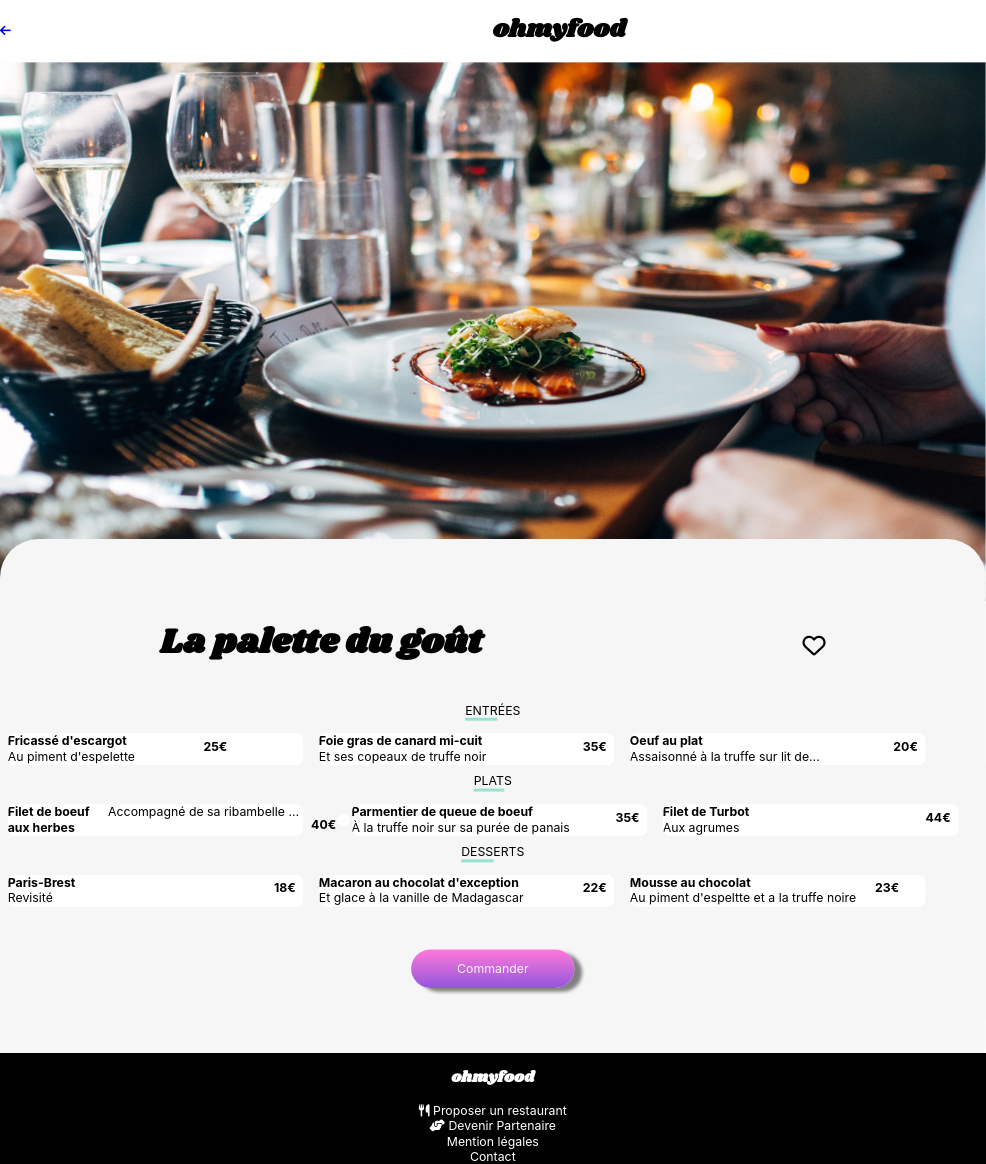
Repository: yacinebouk/ohmyfood
Page: palette.html
The author's editor kept a copy of each file at every save. The page is drawn from the files as they stood at one save, then again after the next save.
The browser window is 1280 px wide. The pictures show the whole page, at 77% of full size.
Some web libraries are served in a nearby version. The style sheet was rebuilt from its Sass, Less or Tailwind sources for each picture, by a compiler version that may differ from the author's.

Above is the page before, as saved 2022-06-28 13:24:43.

### palette.html
<!DOCTYPE html>
<html lang="fr">

<head>
    <script src="https://kit.fontawesome.com/225bbe1e2d.js" crossorigin="anonymous"></script>
    <meta charset="utf-8" />
    <title>ohmyfood</title>
    <link rel="stylesheet" href="style/francaise.css" />
    <meta name="viewport" content="width=device-width, initial-scale=1">

</head>

<body>
    <main>
        <header>
            <div class="tittle-head">
                <div class="logo-tittle"><a href="./index.html"><i class="fa-solid fa-arrow-left"></i></a></div>
                <h1 class="tittle">ohmyfood</h1>
            </div>
            <div class="img-restaurant"><img src="./images/restaurants/jay-wennington-N_Y88TWmGwA-unsplash.jpg" width="100%" height="100%" class="logo" alt="francaise"></div>
        </header>
        <section class="food">
            <div class="french-tittle">
                <h2><b>La palette du goût</b> </h2>
                <div class="logo-heart"><i class="fa-regular fa-heart"></i></div>
            </div>
            <div class="starter">
                <div class="tittle"><span>ENTR</span>ÉES</div>
                <div class="block">
                    <div class="border">
                        <div class="text">
                            <div class="major"><b>Fricassé d'escargot</b></div>
                            <div class="flavors">Au piment d'espelette</div>
                        </div>
                        <div class="block-price">
                            <div class="price"><b>25€</b></div>
                        </div>
                        <div class="icon-slide"><i class="fa-solid fa-circle-check"></i></div>
                    </div>
                    <div class="border">
                        <div class="text">
                            <div class="major"><b>Foie gras de canard mi-cuit</b></div>
                            <div class="flavors">Et ses copeaux de truffe noir</div>
                        </div>
                        <div class="block-price">
                            <div class="price"><b>35€</b></div>
                            <div class="icon-slide"><i class="fa-solid fa-circle-check"></i></div>
                        </div>
                    </div>
                    <div class="border">
                        <div class="text">
                            <div class="major"><b>Oeuf au plat</b></div>
                            <div class="flavors">Assaisonné à la truffe sur lit de...</div>
                        </div>
                        <div class="block-price">
                            <div class="price"><b>20€</b></div>
                            <div class="icon-slide"><i class="fa-solid fa-circle-check"></i></div>
                        </div>
                    </div>
                </div>
                <div class="dishes">
                    <div class="tittle"><span>PLAT</span>S</div>
                    <div class="block">
                        <div class="border">

                            <div class="major"><b>Filet de boeuf aux herbes</b></div>
                            <div class="flavors">Accompagné de sa ribambelle de légumes</div>
                        </div>
                        <div class="block-price">
                            <div class="price"><b>40€</b></div>
                            <div class="icon-slide"><i class="fa-solid fa-circle-check"></i></div>
                        </div>
                        <div class="border">
                            <div class="text">
                                <div class="major"><b>Parmentier de queue de boeuf</b></div>
                                <div class="flavors">À la truffe noir sur sa purée de panais</div>
                            </div>
                            <div class="block-price">
                                <div class="price"><b>35€</b></div>
                                <div class="icon-slide"><i class="fa-solid fa-circle-check"></i></div>
                            </div>
                        </div>
                        <div class="border">
                            <div class="text">
                                <div class="major"><b>Filet de Turbot</b></div>
                                <div class="flavors">Aux agrumes</div>
                            </div>
                            <div class="block-price">
                                <div class="price"><b>44€</b></div>
                                <div class="icon-slide"><i class="fa-solid fa-circle-check"></i></div>
                            </div>
                        </div>
                    </div>
                </div>
            </div>
            <div class="dessert">
                <div class="tittle"><span>DESS</span>ERTS</div>
                <div class="block">
                    <div class="border">
                        <div class="text">
                            <div class="major"><b>Paris-Brest</b></div>
                            <div class="flavors">Revisité</div>
                        </div>
                        <div class="block-price">
                            <div class="price"><b>18€</b></div>
                            <div class="icon-slide"><i class="fa-solid fa-circle-check"></i></div>
                        </div>
                    </div>
                    <div class="border">
                        <div class="text">
                            <div class="major"><b>Macaron au chocolat d'exception</b></div>
                            <div class="flavors">Et glace à la vanille de Madagascar</div>
                        </div>
                        <div class="block-price">
                            <div class="price"><b>22€</b></div>
                            <div class="icon-slide"><i class="fa-solid fa-circle-check"></i></div>
                        </div>
                    </div>
                    <div class="border">
                        <div class="text">
                            <div class="major"><b>Mousse au chocolat</b></div>
                            <div class="flavors">Au piment d'espeltte et a la truffe noire</div>
                        </div>
                        <div class="price"><b>23€</b></div>
                        <div class="block-price">
                            <div class="icon-slide"><i class="fa-solid fa-circle-check"></i></div>
                        </div>
                    </div>
                </div>
            </div>
            <div class="order">
                <span>Commander</span>
            </div>
        </section>
        <footer>
            <div class="frame-end">
                <h3>ohmyfood</h3>
                <div class="end">
                    <div class="propose"> <i class="fa-solid fa-utensils"></i> Proposer un restaurant</div>
                    <div class="partner"> <i class="fa-solid fa-handshake-angle"></i> Devenir Partenaire</div>
                    <div class="mention">Mention légales</div>
                    <div class="contact">
                        <a href="mailto">Contact</a></div>
                </div>
            </div>
        </footer>
    </main>
</body>

### style/francaise.scss
         @font-face {
             font-family: 'Shrikhand';
             src: url('./Shrikhand-Regular.otf');
         }

         html {
             font-family: -apple-system, BlinkMacSystemFont, 'Segoe UI', Roboto, Oxygen, Ubuntu, Cantarell, 'Open Sans', 'Helvetica Neue', sans-serif;
         }

         header {
             height: 700px;
         }

         main {
             font-size: 16px;
         }

         body {
             margin: 0;
         }

         .img-restaurant {
             height: 100%;
             position: relative;
         }

         .tittle-head {
             display: flex;
             flex-direction: row;
         }

         .logo-heart {
             text-align: center;
             padding-top: 47px;
         }

         .logo-tittle {
             padding-top: 30px;
             width: 50%;
         }

         .food {
             padding-top: 30px;
             display: flex;
             flex-direction: column;
             justify-content: center;
             background-color: #f6f6f6;
             position: relative;
             width: 100%;
             border-radius: 50px 50px 0px 0px;
             height: auto;
         }

         .french-tittle {
             font-size: 30px;
             display: flex;
             flex-direction: row;
             justify-content: center;
             padding-top: 43px;
             padding-bottom: 10px;
             justify-content: space-around;
         }

         .french-text {
             padding-right: 30px;
         }

         .tittle {
             text-align: center;
         }

         .tittle span {
             border-bottom: #99E2D0 solid 4px;
         }

         .block {
             padding-top: 10px;
             display: flex;
             flex-direction: row;
         }

         @-webkit-keyframes fadein {
             from {
                 opacity: 0;
             }
             to {
                 opacity: 1;
             }
         }

         .border {
             overflow: hidden;
             margin: 10px;
             border-radius: 10px;
             background-color: white;
             width: 30%;
             display: flex;
             justify-content: space-between;
             flex-direction: row;
             opacity: 0;
         }

         .border {
             animation: slideUp 1s forwards;
         }

         .border:nth-child(1) {
             animation-delay: .25s;
         }

         .border:nth-child(2) {
             animation-delay: 0.5s;
         }

         .border:nth-child(3) {
             animation-delay: 0.75s;
         }

         @keyframes slideUp {
             0% {
                 transform: translateY(20px);
             }
             100% {
                 transform: translateY(0px);
                 opacity: 1;
             }
         }

         .price {
             align-items: end;
             display: flex;
             padding: 15px 0px;
             padding-top: 7px;
             margin-right: 10px;
             transition-duration: 1000ms;
         }

         footer {
             position: relative;
             clear: both;
         }

         .order {
             padding-top: 60px;
             text-align: center;
             padding-bottom: 100px;
         }

         .frame-end {
             text-align: center;
             background-color: black;
             color: white;
             display: flex;
             flex-direction: column;
         }

         h3 {
             font-family: 'Shrikhand';
             font-size: 20px;
         }

         h1 {
             font-family: 'Shrikhand';
         }

         h2 {
             font-family: 'Shrikhand';
         }

         .order span {
             box-shadow: grey 10px 5px 5px;
             background: linear-gradient(#FF79DA, #9356DC);
             border-radius: 50px 50px;
             padding: 15px 60px 15px 60px;
             color: #f6f6f6;
         }

         .border:hover .icon-slide {
             width: 40px;
         }

         .border:hover .icon-slide>i {
             transform: rotate(360deg);
         }

         .border:after .icon-slide {
             width: 10px;
         }

         .border:hover .pd-15 {
             width: calc(100% - 100px);
         }

         .flavors {
             white-space: nowrap;
             overflow: hidden;
             text-overflow: ellipsis;
             display: block;
             width: 100%;
         }

         .icon-slide {
             transition: width 0.5s ease;
             width: 0px;
             align-items: center;
             background-color: #99E2D0;
             color: white;
             display: flex;
             justify-content: center;
             align-items: center;
             i {
                 transition: 0.5s;
             }
         }

         .block-price {
             display: flex;
         }

         .price b {
             overflow: hidden;
             text-overflow: ellipsis;
             transition-duration: 1000ms;
         }

         .contact a {
             text-decoration: none white;
             color: white;
         }

         @media screen and (min-width: 320px) and (max-width: 768px) {
             .starter {
                 display: flex;
                 justify-content: space-between;
                 flex-direction: column;
             }
             .block {
                 display: flex;
                 justify-content: space-between;
                 flex-direction: column;
             }
             .border {
                 width: auto;
             }
             .french-tittle {
                 justify-content: space-between;
                 margin-left: 15px;
             }
             .tittle {
                 text-align: initial;
                 margin-left: 15px;
             }
             h1 {
                 font-size: 24px;
             }
             .logo-heart {
                 padding-top: 13px;
                 margin-right: 20px;
             }
             .logo-tittle {
                 padding-top: 20px;
             }
             .tittle-head {
                 margin: 0;
                 padding: 0;
                 width: 50%;
             }
             .frame-end {
                 text-align: initial;
             }
             h2 {
                 margin-left: 15px;
             }
             .end {
                 margin-left: 15px;
             }
         }

After the next save:
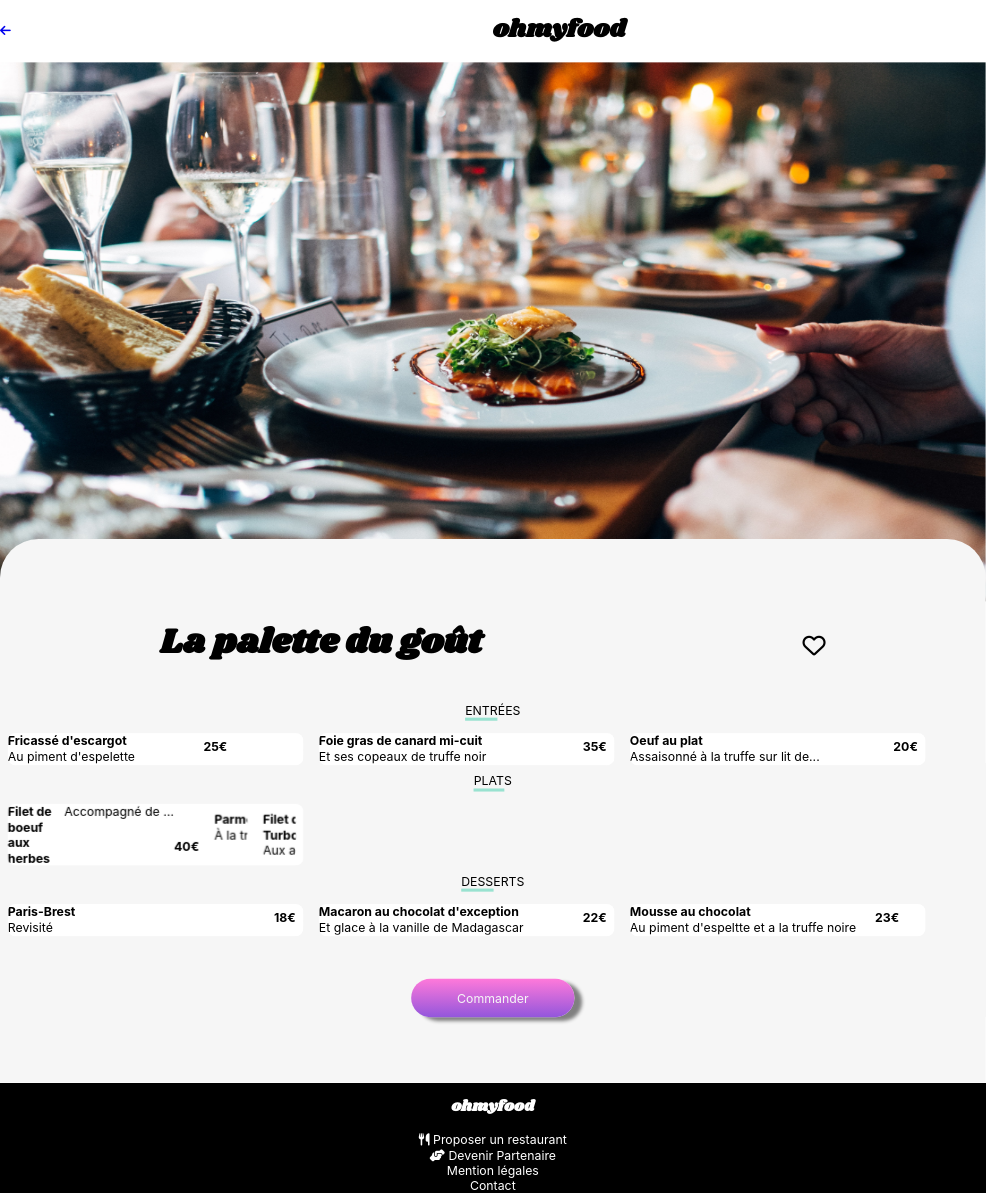
Saved 53 s later.
--- a/palette.html
+++ b/palette.html
@@ -62,75 +62,73 @@
                     <div class="tittle"><span>PLAT</span>S</div>
                     <div class="block">
                         <div class="border">
-
                             <div class="major"><b>Filet de boeuf aux herbes</b></div>
                             <div class="flavors">Accompagné de sa ribambelle de légumes</div>
+                            <div class="block-price">
+                                <div class="price"><b>40€</b></div>
+                                <div class="icon-slide"><i class="fa-solid fa-circle-check"></i></div>
+                            </div>
+                            <div class="border">
+                                <div class="text">
+                                    <div class="major"><b>Parmentier de queue de boeuf</b></div>
+                                    <div class="flavors">À la truffe noir sur sa purée de panais</div>
+                                </div>
+                                <div class="block-price">
+                                    <div class="price"><b>35€</b></div>
+                                    <div class="icon-slide"><i class="fa-solid fa-circle-check"></i></div>
+                                </div>
+                            </div>
+                            <div class="border">
+                                <div class="text">
+                                    <div class="major"><b>Filet de Turbot</b></div>
+                                    <div class="flavors">Aux agrumes</div>
+                                </div>
+                                <div class="block-price">
+                                    <div class="price"><b>44€</b></div>
+                                    <div class="icon-slide"><i class="fa-solid fa-circle-check"></i></div>
+                                </div>
+                            </div>
                         </div>
-                        <div class="block-price">
-                            <div class="price"><b>40€</b></div>
-                            <div class="icon-slide"><i class="fa-solid fa-circle-check"></i></div>
-                        </div>
+                    </div>
+                </div>
+                <div class="dessert">
+                    <div class="tittle"><span>DESS</span>ERTS</div>
+                    <div class="block">
                         <div class="border">
                             <div class="text">
-                                <div class="major"><b>Parmentier de queue de boeuf</b></div>
-                                <div class="flavors">À la truffe noir sur sa purée de panais</div>
+                                <div class="major"><b>Paris-Brest</b></div>
+                                <div class="flavors">Revisité</div>
                             </div>
                             <div class="block-price">
-                                <div class="price"><b>35€</b></div>
+                                <div class="price"><b>18€</b></div>
                                 <div class="icon-slide"><i class="fa-solid fa-circle-check"></i></div>
                             </div>
                         </div>
                         <div class="border">
                             <div class="text">
-                                <div class="major"><b>Filet de Turbot</b></div>
-                                <div class="flavors">Aux agrumes</div>
+                                <div class="major"><b>Macaron au chocolat d'exception</b></div>
+                                <div class="flavors">Et glace à la vanille de Madagascar</div>
                             </div>
                             <div class="block-price">
-                                <div class="price"><b>44€</b></div>
+                                <div class="price"><b>22€</b></div>
+                                <div class="icon-slide"><i class="fa-solid fa-circle-check"></i></div>
+                            </div>
+                        </div>
+                        <div class="border">
+                            <div class="text">
+                                <div class="major"><b>Mousse au chocolat</b></div>
+                                <div class="flavors">Au piment d'espeltte et a la truffe noire</div>
+                            </div>
+                            <div class="price"><b>23€</b></div>
+                            <div class="block-price">
                                 <div class="icon-slide"><i class="fa-solid fa-circle-check"></i></div>
                             </div>
                         </div>
                     </div>
                 </div>
-            </div>
-            <div class="dessert">
-                <div class="tittle"><span>DESS</span>ERTS</div>
-                <div class="block">
-                    <div class="border">
-                        <div class="text">
-                            <div class="major"><b>Paris-Brest</b></div>
-                            <div class="flavors">Revisité</div>
-                        </div>
-                        <div class="block-price">
-                            <div class="price"><b>18€</b></div>
-                            <div class="icon-slide"><i class="fa-solid fa-circle-check"></i></div>
-                        </div>
-                    </div>
-                    <div class="border">
-                        <div class="text">
-                            <div class="major"><b>Macaron au chocolat d'exception</b></div>
-                            <div class="flavors">Et glace à la vanille de Madagascar</div>
-                        </div>
-                        <div class="block-price">
-                            <div class="price"><b>22€</b></div>
-                            <div class="icon-slide"><i class="fa-solid fa-circle-check"></i></div>
-                        </div>
-                    </div>
-                    <div class="border">
-                        <div class="text">
-                            <div class="major"><b>Mousse au chocolat</b></div>
-                            <div class="flavors">Au piment d'espeltte et a la truffe noire</div>
-                        </div>
-                        <div class="price"><b>23€</b></div>
-                        <div class="block-price">
-                            <div class="icon-slide"><i class="fa-solid fa-circle-check"></i></div>
-                        </div>
-                    </div>
+                <div class="order">
+                    <span>Commander</span>
                 </div>
-            </div>
-            <div class="order">
-                <span>Commander</span>
-            </div>
         </section>
         <footer>
             <div class="frame-end">
